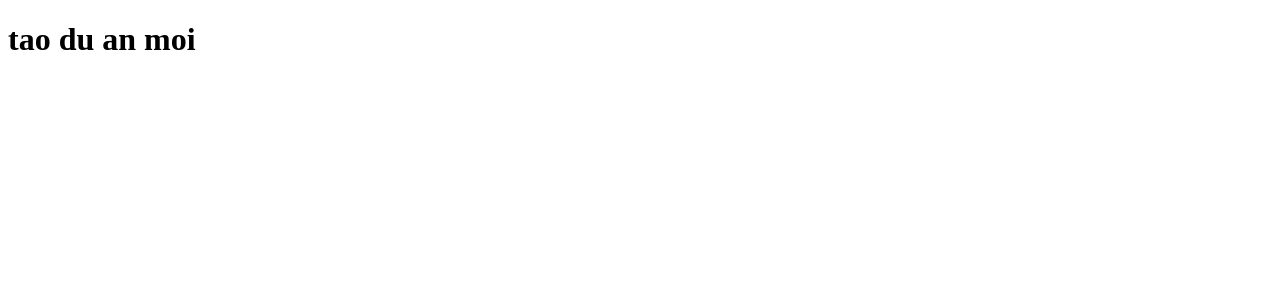
Repository: hannguyen1984/duan1
Page: index.html
The author's editor kept a copy of each file at every save. The page is drawn from the files as they stood at one save, then again after the next save.
The browser window is 1280 px wide. The pictures show the whole page.

Above is the page before, as saved 2024-09-20 12:28:47.

After the next save:
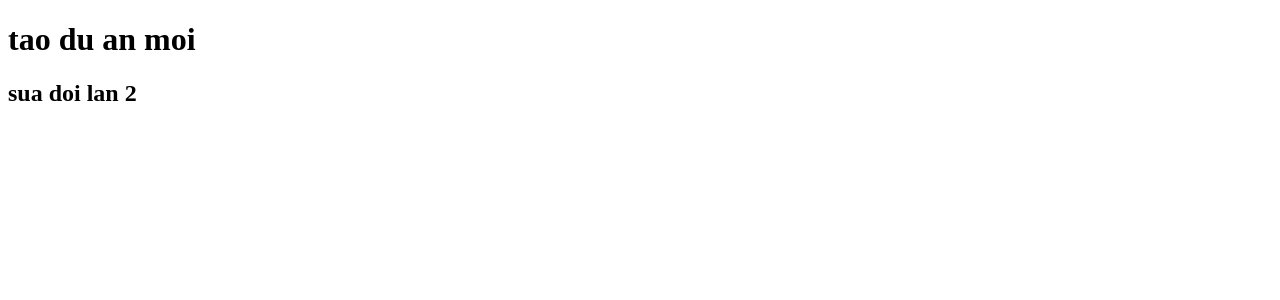
Saved 4 min 59 s later.
--- a/index.html
+++ b/index.html
@@ -7,5 +7,6 @@
   </head>
   <body>
     <h1>tao du an moi</h1>
+    <h2>sua doi lan 2</h2>
   </body>
 </html>
